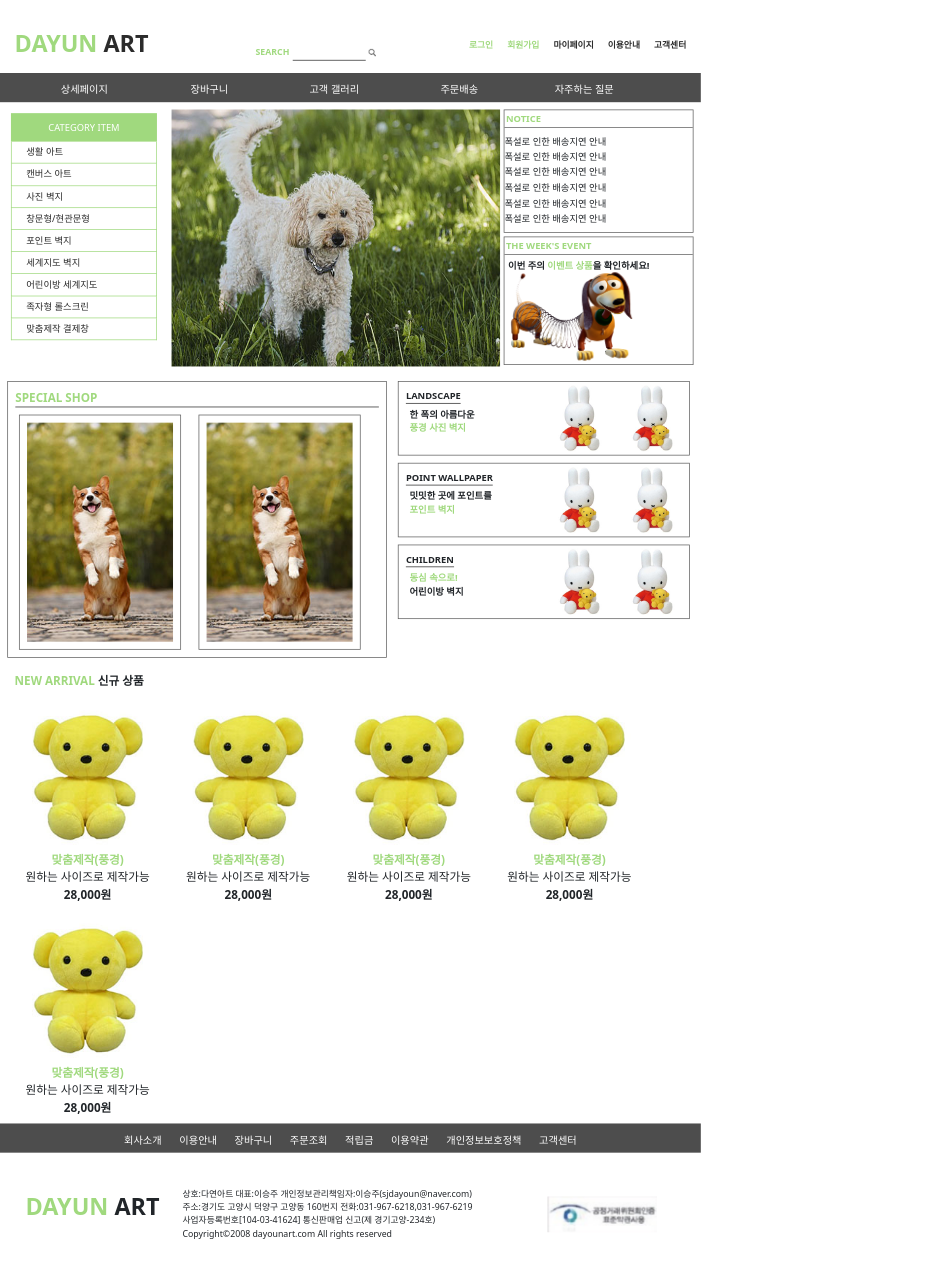
Repository: yeonddu/green_js
Page: pro01/public/bootstrap/hp.html
The author's editor kept a copy of each file at every save. The page is drawn from the files as they stood at one save, then again after the next save.
The browser window is 1280 px wide. The pictures show the whole page, at 73% of full size.

Above is the page before, as saved 2022-12-28 08:38:00.

After the next save:
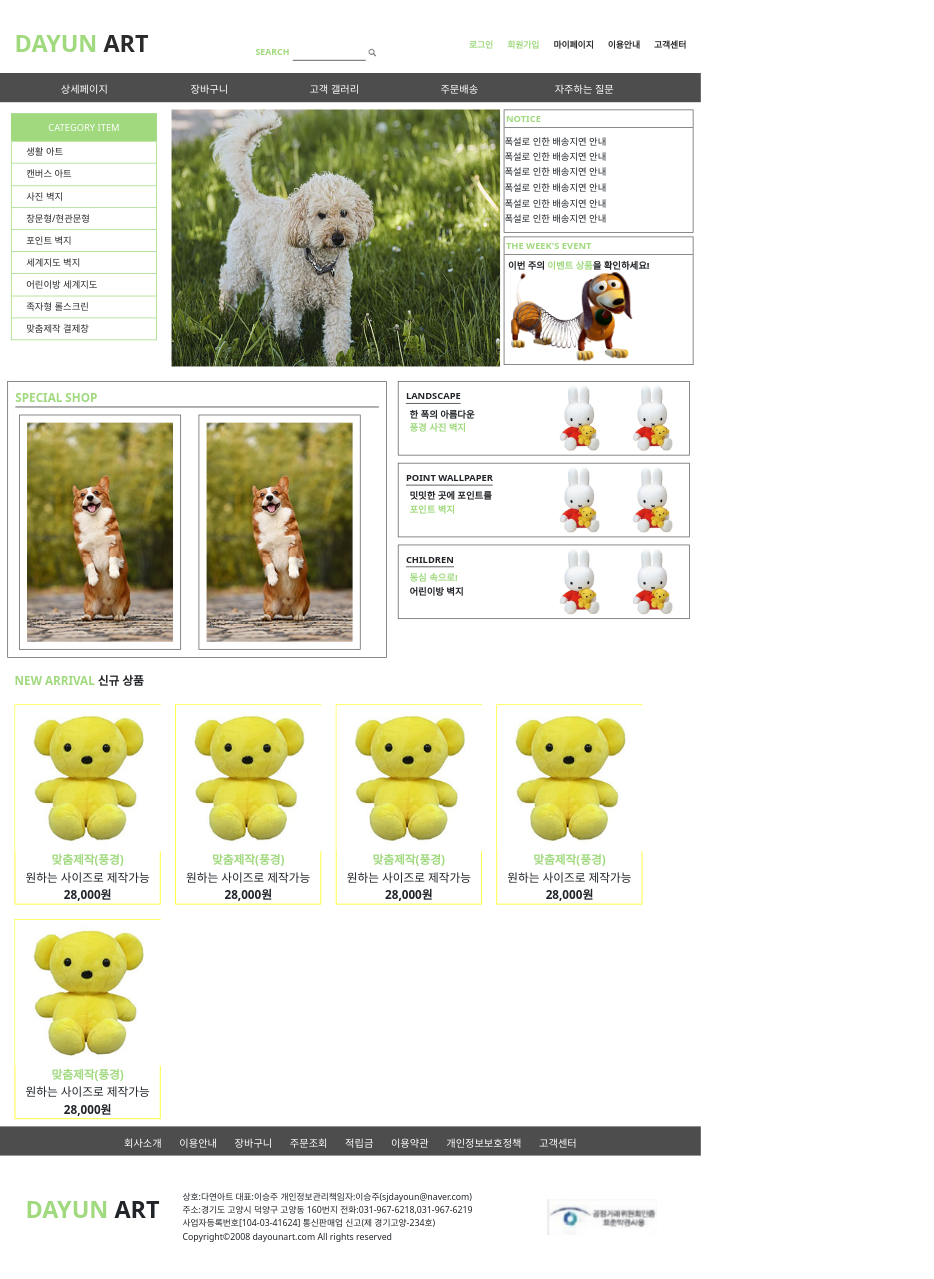
Saved 10 s later.
--- a/pro01/public/bootstrap/hp.css
+++ b/pro01/public/bootstrap/hp.css
@@ -148,6 +148,7 @@
 	width:200px;
 	float:left;
 	margin:10px;
+	border:1px solid yellow;
 }
 
 #box3 .new-content div:nth-child(2) {
